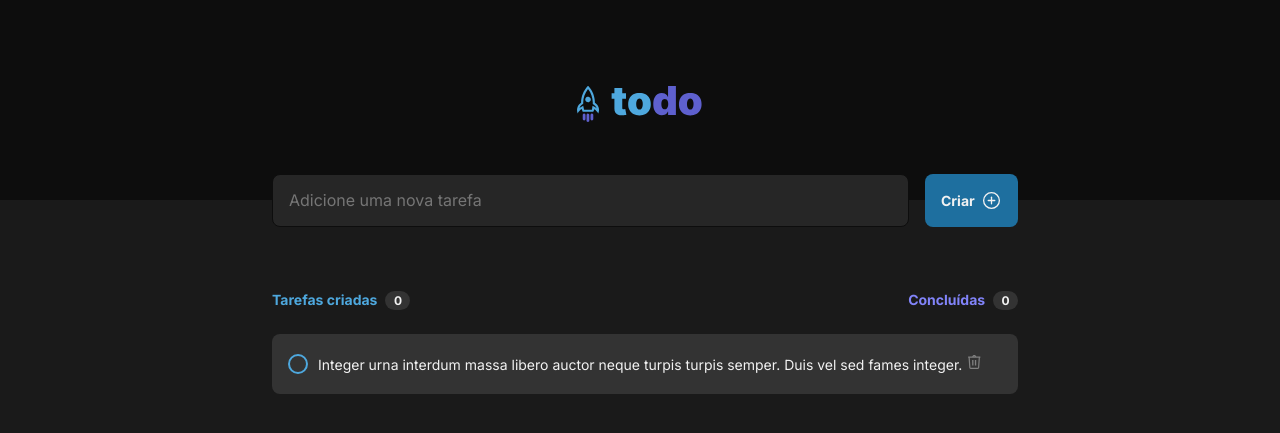
Repository: viniimartins/ToDoListROCKETSEAT
Page: /
These files come from the project's save history. The page is drawn as it stood at one moment and after the next save; the edit follows.
The browser window is 1280 px wide. The pictures show the whole page.
The project was rebuilt for these pictures with package versions that can differ from the ones it lists, and the page was loaded fresh each time. Also part of the build but not shown: vite.config.ts.

Above is the page before, as saved 2023-05-08 14:15:08.

After the next save:
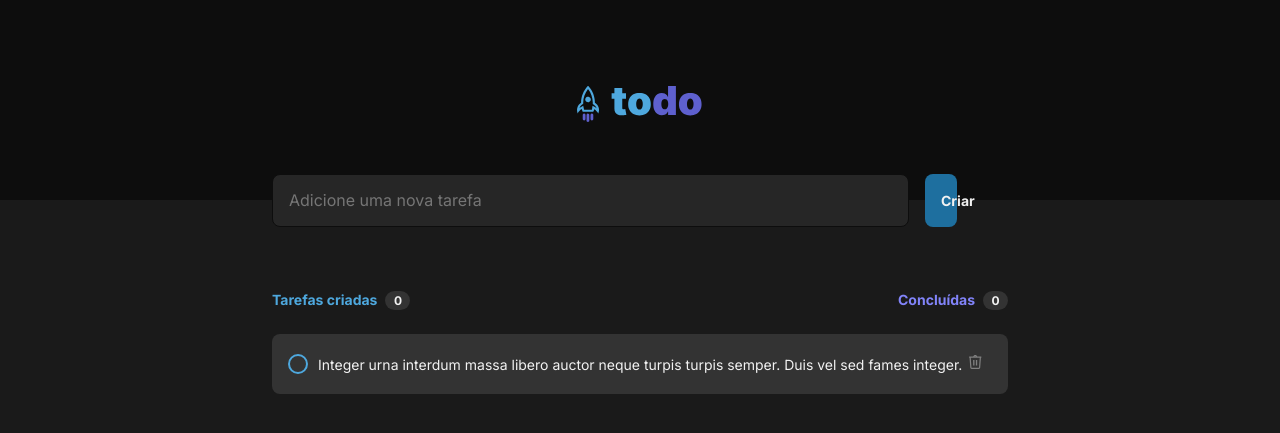
Saved 45 s later.
--- a/src/Components/TaskCreated.module.css
+++ b/src/Components/TaskCreated.module.css
@@ -75,6 +75,9 @@
 
 
 button {
+  width: 1.563rem;
+
+
   border: none;
   background: none;
 }
